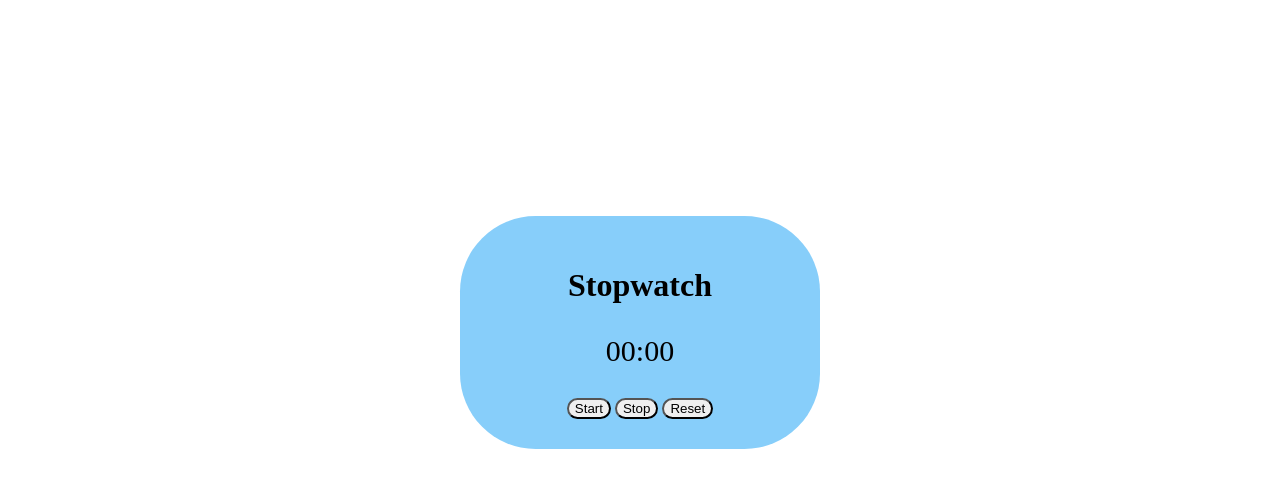
Repository: LeyaAbraham/web-dev
Page: clock.html
The author's editor kept a copy of each file at every save. The page is drawn from the files as they stood at one save, then again after the next save.
The browser window is 1280 px wide. The pictures show the whole page.

Above is the page before, as saved 2021-01-05 23:17:03.

### clock.html
<!DOCTYPE html>
<html>

<head>
    <title>Page Title</title>
    <link rel="stylesheet" href="style.css" type="text/css">

</head>

<body>
    <div id="wrap">
        <h1>Stopwatch</h1>
        <div id="time">
            <p><span id="seconds">00</span>:<span id="nano">00</span></p>
        </div>
        <button id="start">Start</button>
        <button id="stop">Stop</button>
        <button id="reset">Reset</button>
    </div>
    <script src="clock.js"></script>
</body>

</html>

### style.css
#wrap {
    background-color: lightskyblue;
    border-color: lightyellow;
    border-radius: 2cm;
    text-align: center;
    padding: 30px;
    margin: 30px;
    width: 300px;
    position: absolute;
	top:30%;
	left: 0;
	right: 0;

	margin: auto;

}

button {
    border-radius: 1cm;

}

p {
    font-size: 30px;
}

### clock.js
window.onload = function () {

    var seconds = 00;
    var nano = 00;

    var interval;
    document.getElementById("start").onclick = start;
    document.getElementById("stop").onclick = stop;
    document.getElementById("reset").onclick = reset;

    function start() {

        interval = setInterval(runTimer, 10);

    }

    function stop() {
        clearInterval(interval);
    }

    function reset() {
        clearInterval(interval);
        nano = 00;
        seconds = 00;
        document.getElementById("nano").innerHTML = "00";
        document.getElementById("seconds").innerHTML = "00";
    }

    function runTimer() {
        var num = nano++;
        console.log(num);

        if (nano > 9) {
            console.log("in if");
            document.getElementById("nano").innerHTML = nano;
        }
        if (nano < 9) {
            document.getElementById("nano").innerHTML = "0" + nano;
        }
        if (nano > 99) {
            seconds++;
            nano = 0;
            document.getElementById("seconds").innerHTML = "0" + seconds;

        }

        if (seconds > 9) {
            document.getElementById("seconds") = seconds;
        }
    }
}

After the next save:
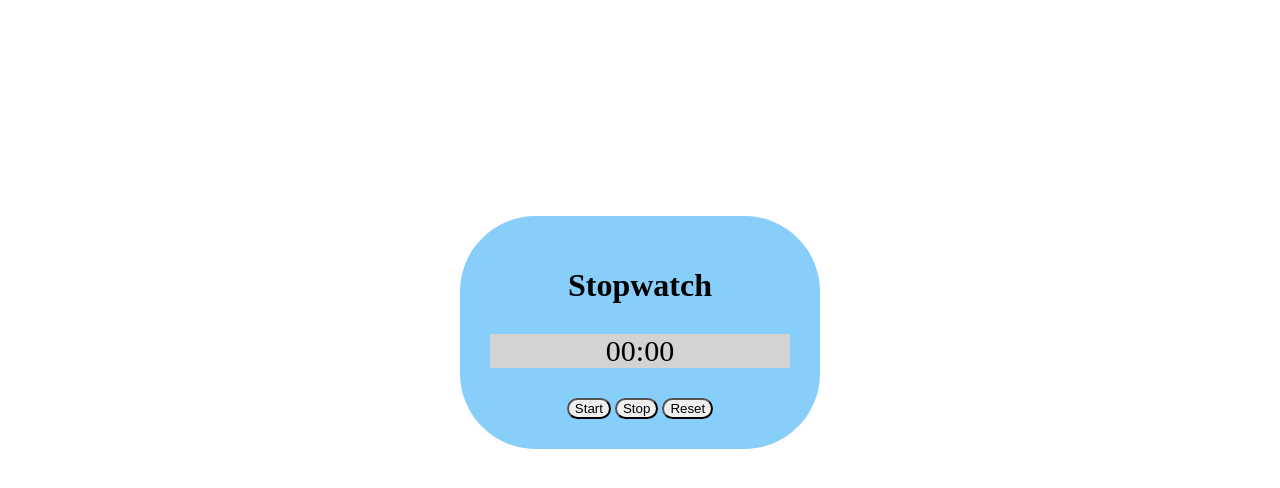
Saved 14 s later.
--- a/style.css
+++ b/style.css
@@ -23,3 +23,7 @@ button {
 p {
     font-size: 30px;
 }
+
+#time {
+    background: lightgrey
+}
